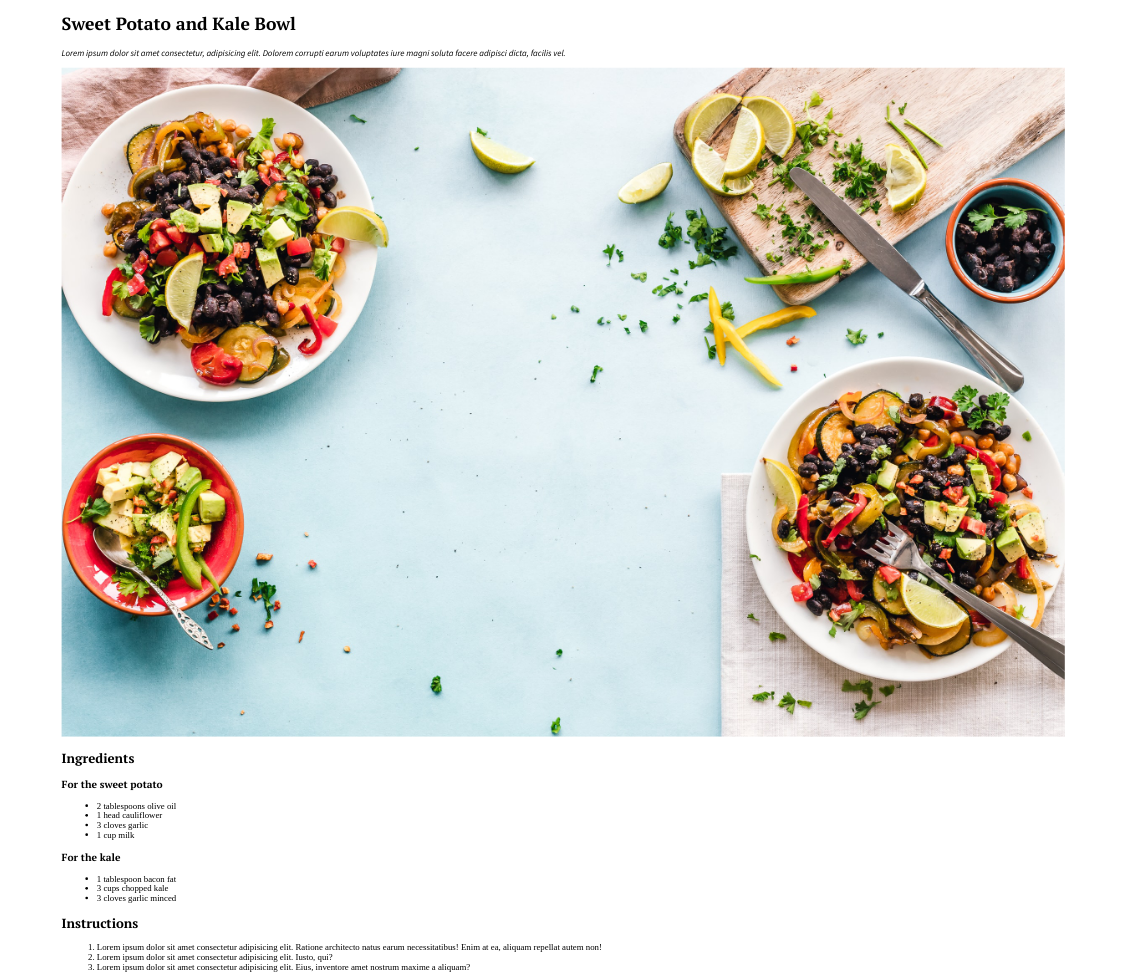
Repository: ZhenyaKu/recipe-art-pages
Page: index.html
The author's editor kept a copy of each file at every save. The page is drawn from the files as they stood at one save, then again after the next save.
The browser window is 1280 px wide. The pictures show the whole page, at 88% of full size.

Above is the page before, as saved 2021-03-15 00:08:06.

### index.html
<!DOCTYPE html>
<html lang="en">
	<head>
		<title>Card</title>
		<meta charset="UTF-8" />
		<meta name="viewport" content="width=device-width, initial-scale=1.0" />
		<link rel="stylesheet" href="css/styles.css" />
		<link rel="preconnect" href="https://fonts.gstatic.com" />
		<link
			href="https://fonts.googleapis.com/css2?family=PT+Serif:ital,wght@0,400;0,700;1,400&family=Source+Sans+Pro:ital,wght@0,400;0,600;0,700;1,400&display=swap"
			rel="stylesheet"
		/>
	</head>
	<body>
		<div class="container">
			<h1>Sweet Potato and Kale Bowl</h1>
			<p class="lead">
				Lorem ipsum dolor sit amet consectetur, adipisicing elit.
				Dolorem corrupti earum voluptates iure magni soluta facere
				adipisci dicta, facilis vel.
			</p>
			<img src="./image/food.jpg" alt="food" />
			<h2>Ingredients</h2>
			<h3>For the sweet potato</h3>
			<ul>
				<li>2 tablespoons olive oil</li>
				<li>1 head cauliflower</li>
				<li>3 cloves garlic</li>
				<li>1 cup milk</li>
			</ul>
			<h3>For the kale</h3>
			<ul>
				<li>1 tablespoon bacon fat</li>
				<li>3 cups chopped kale</li>
				<li>3 cloves garlic minced</li>
			</ul>

			<h2>Instructions</h2>
			<ol>
				<li>
					Lorem ipsum dolor sit amet consectetur adipisicing elit.
					Ratione architecto natus earum necessitatibus! Enim at ea,
					aliquam repellat autem non!
				</li>
				<li>
					Lorem ipsum dolor sit amet consectetur adipisicing elit.
					Iusto, qui?
				</li>
				<li>
					Lorem ipsum dolor sit amet consectetur adipisicing elit.
					Eius, inventore amet nostrum maxime a aliquam?
				</li>
			</ol>
		</div>
	</body>
</html>

### css/styles.css
html {
    font-size: 62.5%;
}

.container {
    max-width: 1140px;
    margin: auto;
}

h1,
h2,
h3 {
    font-family: 'PT Serif', serif;
    color: black;
    font-weight: 900;
    line-height: 1,1;
}

h1{

}

img {
    width: 100%;
}

.lead {
    font-family: 'Source Sans Pro', sans-serif;
    font-style: italic;
}

After the next save:
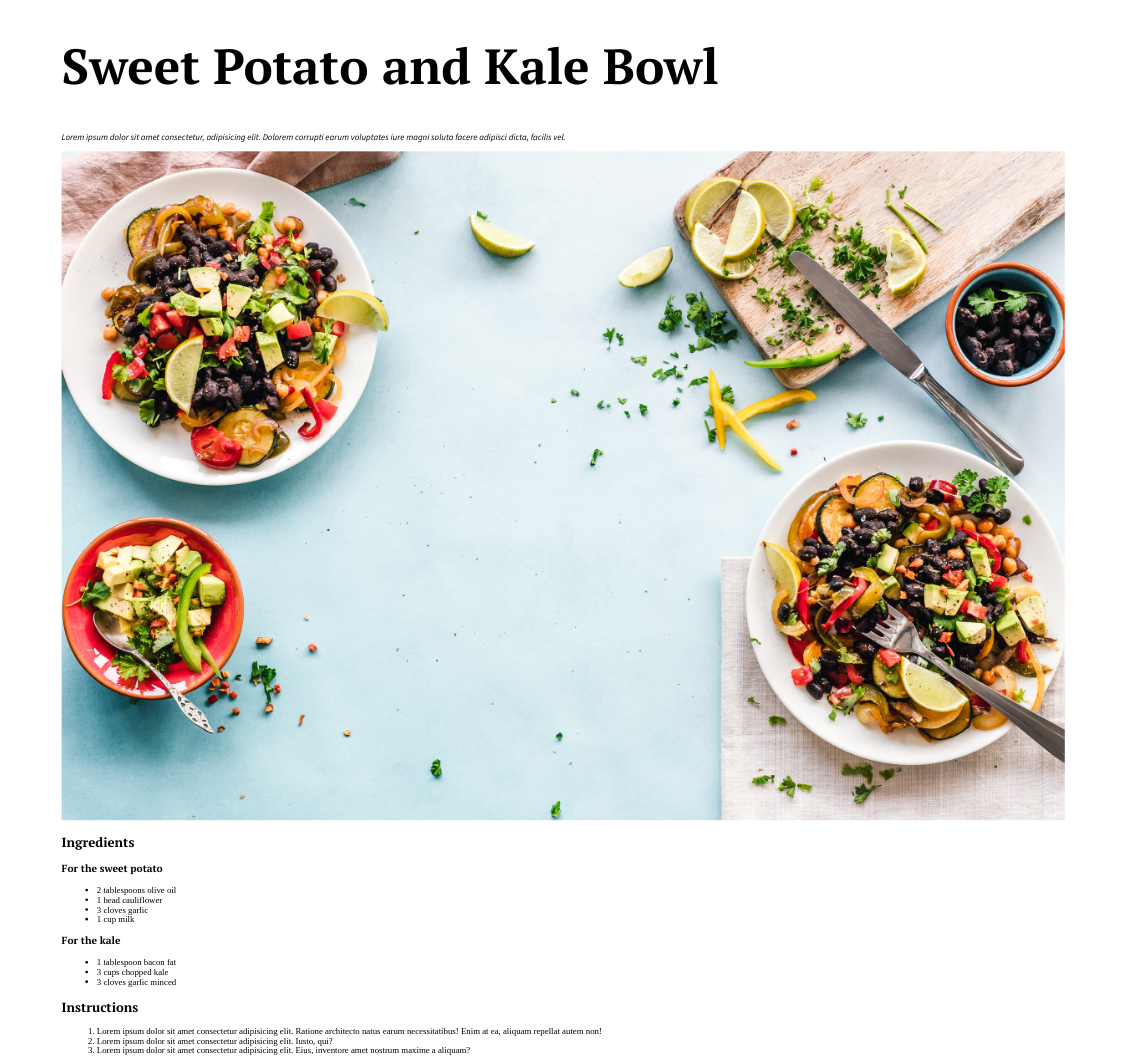
Saved 20 s later.
--- a/css/styles.css
+++ b/css/styles.css
@@ -13,11 +13,11 @@ h3 {
     font-family: 'PT Serif', serif;
     color: black;
     font-weight: 900;
-    line-height: 1,1;
+    line-height: 1, 1;
 }
 
-h1{
-
+h1 {
+    font-size: 5.61rem;
 }
 
 img {
